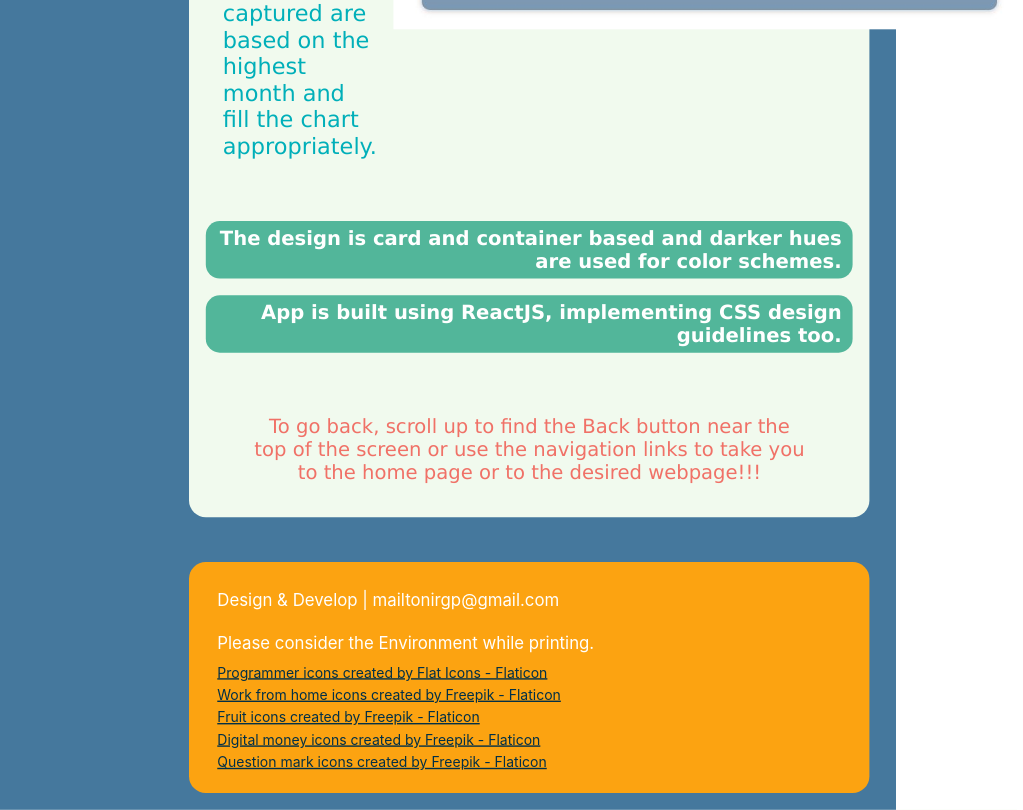
Repository: niranjangp/portfolioReact
Page: /cs-three
These files come from the project's save history. The page is drawn as it stood at one moment and after the next save; the edit follows.
The browser window is 1280 px wide. The page is 1462 px wide, so the pictures cover 1462 px, including what lies to the right of the window. The pictures show the part of the page from y = 4177 to 5857 px (the page is 5334 px tall before and 5857 px after), at 70% of full size.
The project was rebuilt for these pictures with package versions that can differ from the ones it lists, and the page was loaded fresh each time. Also part of the build but not shown: src/pages/enterDesign.jsx, src/pages/csOne.jsx, src/pages/csTwo.jsx, src/pages/csFour.jsx, src/pages/notFound.jsx.

Above is the page before, as saved 2022-02-02 02:07:15.

After the next save:
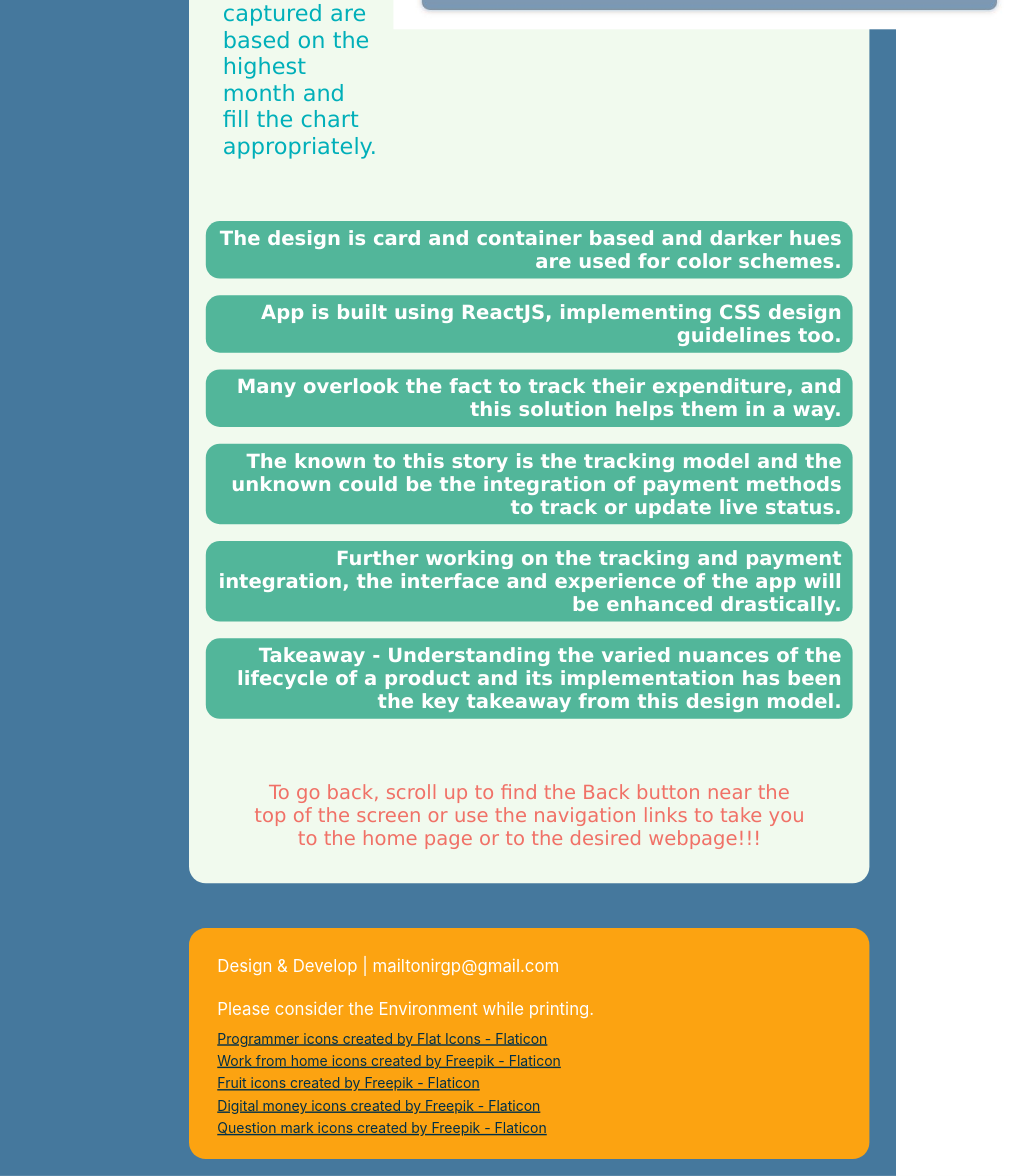
Saved 11 min 55 s later.
--- a/src/pages/csThree.jsx
+++ b/src/pages/csThree.jsx
@@ -27,6 +27,10 @@ const csThree = () => {
                 <div className="right-content last">
                     <p className="exp-para">The design is card and container based and darker hues are used for color schemes.</p>
                     <p className="exp-para">App is built using ReactJS, implementing CSS design guidelines too.</p>
+                    <p className="exp-para">Many overlook the fact to track their expenditure, and this solution helps them in a way.</p>
+                    <p className="exp-para">The known to this story is the tracking model and the unknown could be the integration of payment methods to track or update live status.</p>
+                    <p className="exp-para">Further working on the tracking and payment integration, the interface and experience of the app will be enhanced drastically.</p>
+                    <p className="exp-para">Takeaway - Understanding the varied nuances of the  lifecycle of a product and its implementation has been the key takeaway from this design model.</p>
                 </div>
             </div>
             <div className="last-text">To go back, scroll up to find the Back button near the top of the screen or use the navigation links to take you to the home page or to the desired webpage!!!</div>
